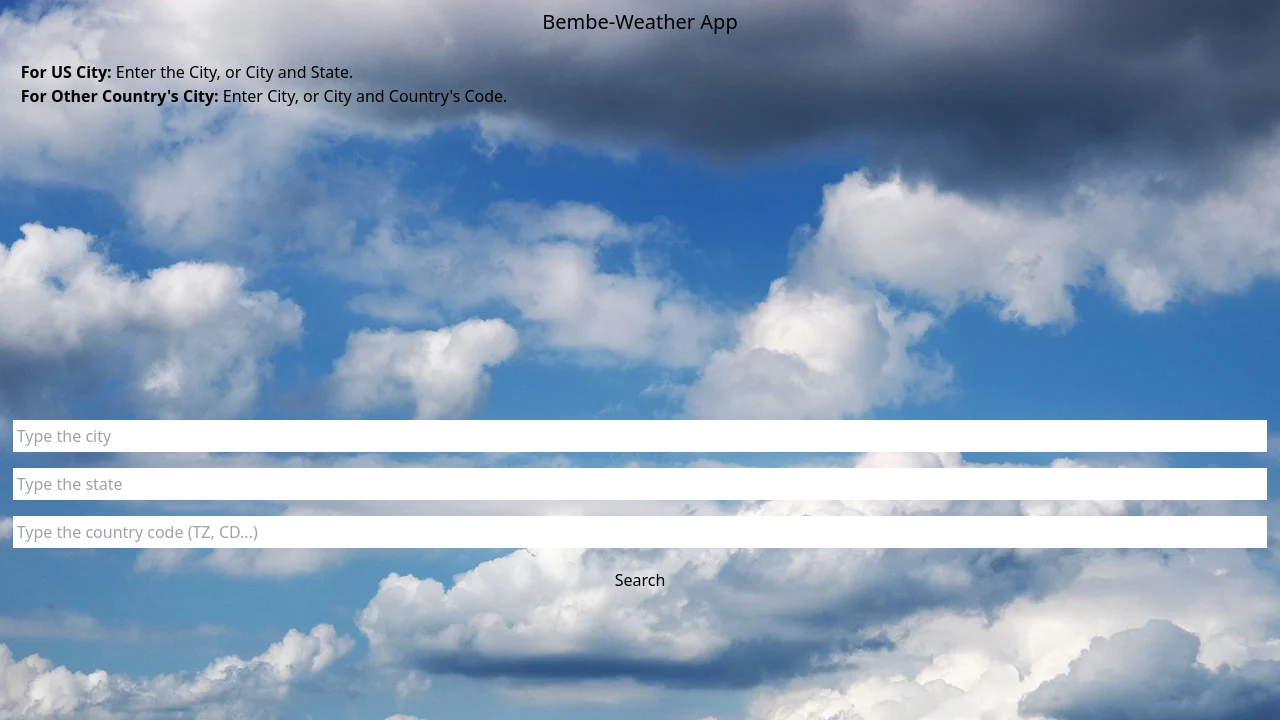
Repository: ShindanoSingi/bembe-weather
Page: /
The author's editor kept a copy of each file at every save. The page is drawn from the files as they stood at one save, then again after a run of saves.
The browser window is 1280 px wide. The pictures show the whole page.
The page's requests for data from a server got no answer. The project was rebuilt for these pictures with package versions that can differ from the ones it lists, and the page was loaded fresh each time. No one was signed in, and anything a server would have sent is missing.

Above is the page before, as saved 2022-09-14 23:36:43.

### public/index.html
<!DOCTYPE html>
<html lang="en">

<head>
  <meta charset="utf-8" />
  <link rel="icon" href="%PUBLIC_URL%/favicon.ico" />
  <meta name="viewport" content="width=device-width, initial-scale=1" />
  <meta name="theme-color" content="#000000" />
  <meta name="description" content="Web site created using create-react-app" />
  <link rel="apple-touch-icon" href="%PUBLIC_URL%/logo192.png" />
  <!--
      manifest.json provides metadata used when your web app is installed on a
      user's mobile device or desktop. See https://developers.google.com/web/fundamentals/web-app-manifest/
    -->
  <link rel="manifest" href="%PUBLIC_URL%/manifest.json" />
  <!--
      Notice the use of %PUBLIC_URL% in the tags above.
      It will be replaced with the URL of the `public` folder during the build.
      Only files inside the `public` folder can be referenced from the HTML.

      Unlike "/favicon.ico" or "favicon.ico", "%PUBLIC_URL%/favicon.ico" will
      work correctly both with client-side routing and a non-root public URL.
      Learn how to configure a non-root public URL by running `npm run build`.
    -->
  <title>React Weather</title>
</head>

<body>
  <noscript>You need to enable JavaScript to run this app.</noscript>
  <div id="root"></div>
  <!--
      This HTML file is a template.
      If you open it directly in the browser, you will see an empty page.

      You can add webfonts, meta tags, or analytics to this file.
      The build step will place the bundled scripts into the <body> tag.

      To begin the development, run `npm start` or `yarn start`.
      To create a production bundle, use `npm run build` or `yarn build`.
    -->
</body>

</html>

### src/App.js
import React, { useState, useEffect } from "react"
import "./App.css"
import WeatherPage from "./components/weatherPage"
import SearchForm from "./components/SearchForm"

function App() {
  // Initialize variables using "useSates"
  const [weatherData, setWeatherData] = useState([])

  const [city, setCity] = useState("")
  const [state, setState] = useState("")
  const [country, setCountry] = useState("")

  // These hold values a little bit longer
  const [cityDisplayed, setCityDisplayed] = useState("")
  const [stateDisplayed, setStateDisplayed] = useState("")
  const [countryDisplayed, setCountryDisplayed] = useState("")

  // Create an object that will hold keys to be used in the fetch fnctions.
  const searchLatLon = {
    key: process.env.REACT_APP_GIPHY_KEY,
    cityName: city,
    stateCode: "",
    country: "",
    limit: 1,
    api: "https://api.openweathermap.org/geo/1.0/direct?q=",
  }

  let searchOptions = {
    key: process.env.REACT_APP_GIPHY_KEY,
    api: "https://api.openweathermap.org/data/2.5/onecall?",
  }

  // Create handleChange function to capture input value for city from the form.
  function handleChangeCity(event) {
    setCity(event.target.value)
  }

  // Create handleChange function to capture input value for city from the form.
  function handleChangeState(event) {
    setState(event.target.value)
  }

  // Create handleChange function to capture input value for country from the form.
  function handleChangeCountry(event) {
    setCountry(event.target.value)
  }

  // Create a handleSubmit function to send the input value to the getLatLon function.
  function handleSubmit(event) {
    event.preventDefault()
    getLatLon(city, state, country)
    setCity("")
    setState("")
    setCountry("")
  }

  // useEffect function
  useEffect(() => {
    getLatLon()
    setCity("")
    setState("")
    setCountry("")
    // eslint-disable-next-line
  }, [])

  // This function below takes two parameters: city and country's code, and spits latitude and longitude out. Then, the next fetch takes the lat and lon, and spits eather data for eight days.

  function getLatLon(city, state, country) {
    fetch(
      `${searchLatLon.api}${city},${state},${country}&limit=${searchLatLon.limit}&appid=${searchLatLon.key}`
    )
      .then((result) => result.json())
      .then((data) => {
        // console.log(data[0])
        if (data[0]) {
          fetch(
            `${searchOptions.api}lat=${data[0].lat}&lon=${data[0].lon}&exclude=minutely,hourly&appid=${searchOptions.key}&units=imperial`
          )
            .then((result) => result.json())
            .then((result) => {
              setCityDisplayed(data[0].name)
              setStateDisplayed(data[0].state)
              setCountryDisplayed(data[0].country)
              setWeatherData(result)
            })
        }
      })
  }

  return (

    <div className="bg-[url('../src/images/sky.webp')] h-screen">
      {/* Weather data */}
      <WeatherPage
        weatherData={weatherData}
        city={cityDisplayed}
        state={stateDisplayed}
        country={countryDisplayed}
      />

      {/* Search form */}
      <SearchForm
        city={city}
        state={state}
        country={country}
        handleChangeCity={handleChangeCity}
        handleChangeState={handleChangeState}
        handleChangeCountry={handleChangeCountry}
        handleSubmit={handleSubmit}
      />
    </div>
  )
}

export default App

### src/App.css

/* iPhone 8 and smaller */
@media screen and (max-width: 480px) {
  /* Bembe-weather App */
  h1 {
    color: aliceblue;
    background-image: linear-gradient(rgb(55, 131, 143), rgb(5, 88, 126));
  }

  /* Div container for the single page weather day*/
  div.singleDay {
    /* font-size: 1vw; */
    border-top: 1px solid green;
    background-color: rgb(191, 191, 191);
  }

  /* This is for today's box */
  .today1 {
    /* font-size: 14px; */
    border: 1px solid rgb(91, 158, 158);
    border-radius: 5px;
    background-image: linear-gradient(
      to bottom right,
      rgb(163, 131, 131),
      rgb(181, 181, 155)
    );
  }


  /* Indivdual temp */
  .maxTemp1 {
    color: black;
  }

  /* Indivdual temp */
  .minTemp1 {
    color: grey;
  }

  /* Tomorrow */
  .today2 {
    border: 1px solid rgb(91, 158, 158);
    border-radius: 5px;
    background-image: linear-gradient(
      to bottom right,
      rgb(97, 179, 171),
      rgb(181, 181, 155)
    );
  }

  /* The day after tomorrow */
  .today3 {
    border: 1px solid rgb(91, 158, 158);
    border-radius: 5px;
    background-image: linear-gradient(
      to bottom right,
      rgb(97, 179, 171),
      rgb(181, 181, 155)
    );
  }

  /* The following day */
  .today4 {
    border: 1px solid rgb(91, 158, 158);
    border-radius: 5px;
    background-image: linear-gradient(
      to bottom right,
      rgb(97, 179, 171),
      rgb(181, 181, 155)
    );
  }

  /* The last day */
  .today5 {
    border: 1px solid rgb(91, 158, 158);
    border-radius: 5px;
    background-image: linear-gradient(
      to bottom right,
      rgb(97, 179, 171),
      rgb(181, 181, 155)
    );
  }

  /* Indivdual temp */
  .maxTemp {
    color: black;
  }

  /* Indivdual temp */
  .minTemp {
    color: grey;
  }

  /* The state's name */
  .city {
    display: grey;
    /* justify-content: center; */
  }

  /* Div containing everything in the body */
  .weatherContainer {
    border: 1px solid rgb(91, 158, 158);
    background-color: rgba(14, 73, 112, 0.297);
  }

  /* City input box */
  .cityInput {
    border: 2px solid rgb(68, 65, 65);
  }

  /* Country input box */
  .countryInput {
    border: 2px solid rgb(68, 65, 65);
  }

  /* Submit button */
  .submitButton {
    color: rgb(244, 238, 238);
    background-color: rgb(68, 65, 65);
  }

  .message {
    background-color: rgb(68, 125, 152);
    border: 2px solid rgb(68, 65, 65);
  }
}


/* iPhone 8 and smaller */
@media screen and (max-width: 428px) {
  h1 {
    color: aliceblue;
    background-image: linear-gradient(rgb(55, 131, 143), rgb(5, 88, 126));
  }

  /* This is for today's box */
  .today1 {
    border: 1px solid rgb(91, 158, 158);
    border-radius: 5px;
    background-image: linear-gradient(
      to bottom right,
      rgb(163, 131, 131),
      rgb(181, 181, 155)
    );
  }

  /* Indivdual temp */
  .maxTemp1 {
    color: black;
  }

  /* Indivdual temp */
  .minTemp1 {
    color: grey;
  }

  /* Tomorrow */
  .today2 {
    border: 1px solid rgb(91, 158, 158);
    border-radius: 5px;
    background-image: linear-gradient(
      to bottom right,
      rgb(97, 179, 171),
      rgb(181, 181, 155)
    );
  }

  /* The day after tomorrow */
  .today3 {
    border: 1px solid rgb(91, 158, 158);
    border-radius: 5px;
    background-image: linear-gradient(
      to bottom right,
      rgb(97, 179, 171),
      rgb(181, 181, 155)
    );
  }

  /* The following day */
  .today4 {
    border: 1px solid rgb(91, 158, 158);
    border-radius: 5px;
    background-image: linear-gradient(
      to bottom right,
      rgb(97, 179, 171),
      rgb(181, 181, 155)
    );
  }

  /* The last day */
  .today5 {
    border: 1px solid rgb(91, 158, 158);
    border-radius: 5px;
    background-image: linear-gradient(
      to bottom right,
      rgb(97, 179, 171),
      rgb(181, 181, 155)
    );
  }

  /* Indivdual temp */
  .maxTemp {
    color: black;
  }

  /* Indivdual temp */
  .minTemp {
    color: grey;
  }

  /* The state's name */
  .city {
    display: grey;
  }

  /* Div containing everything in the body */
  .weatherContainer {
    border: 1px solid rgb(91, 158, 158);
    border-radius: 5px;
    background-color: rgba(14, 73, 112, 0.297);
  }

  /* City input box */
  .cityInput {
    border: 2px solid rgb(68, 65, 65);
  }

  /* Country input box */
  .countryInput {
    border: 2px solid rgb(68, 65, 65);
  }

  /* Submit button */
  .submitButton {
    color: rgb(244, 238, 238);
    background-color: rgb(68, 65, 65);
  }

  .message {
    background-color: rgb(68, 125, 152);
    border: 2px solid rgb(68, 65, 65);
  }
}


/* iPhone 8 and smaller */
@media screen and (max-width: 414px) {
  h1 {
    color: aliceblue;
    padding: 5px;
    background-image: linear-gradient(rgb(55, 131, 143), rgb(5, 88, 126));
  }

  /* Div container for the single page weather day*/
  div.singleDay {
    border-top: 1px solid green;
    background-color: rgb(191, 191, 191);
  }

  .cityStateCountry {
    padding: 0.5rem;
    background-image: linear-gradient(rgb(55, 131, 143), rgb(5, 88, 126));
  }

  /* This is for today's box */
  .today1 {
    /* font-size: 14px; */
    border: 1px solid rgb(91, 158, 158);
    border-radius: 5px;
    background-image: linear-gradient(
      to bottom right,
      rgb(163, 131, 131),
      rgb(181, 181, 155)
    );
  }


  /* Indivdual temp */
  .maxTemp1 {
    color: black;
  }

  /* Indivdual temp */
  .minTemp1 {
    color: grey;
  }

  /* Tomorrow */
  .today2 {
    border: 1px solid rgb(91, 158, 158);
    border-radius: 5px;
    background-image: linear-gradient(
      to bottom right,
      rgb(97, 179, 171),
      rgb(181, 181, 155)
    );
  }

  /* The day after tomorrow */
  .today3 {
    border: 1px solid rgb(91, 158, 158);
    border-radius: 5px;
    background-image: linear-gradient(
      to bottom right,
      rgb(97, 179, 171),
      rgb(181, 181, 155)
    );
  }

  /* The following day */
  .today4 {
    border: 1px solid rgb(91, 158, 158);
    border-radius: 5px;
    background-image: linear-gradient(
      to bottom right,
      rgb(97, 179, 171),
      rgb(181, 181, 155)
    );
  }

  /* The last day */
  .today5 {
    border: 1px solid rgb(91, 158, 158);
    border-radius: 5px;
    background-image: linear-gradient(
      to bottom right,
      rgb(97, 179, 171),
      rgb(181, 181, 155)
    );
  }

  /* Indivdual temp */
  .maxTemp {
    color: black;
  }

  /* Indivdual temp */
  .minTemp {
    color: grey;
  }

  /* The state's name */
  .city {
    display: grey;
  }

  /* Div containing everything in the body */
  .weatherContainer {
    border: 1px solid rgb(91, 158, 158);
    border-radius: 5px;
    background-color: rgba(14, 73, 112, 0.297);
  }

  /* City input box */
  .cityInput {
    border: 2px solid rgb(68, 65, 65);
  }

  /* Country input box */
  .countryInput {
    border: 2px solid rgb(68, 65, 65);
  }

  /* Submit button */
  .submitButton {
    color: rgb(244, 238, 238);
    background-color: rgb(68, 65, 65);
  }

  .message {
    background-color: rgb(68, 125, 152);
    border: 2px solid rgb(68, 65, 65);
  }
}

/* iPhone 8 and smaller */
@media screen and (max-width: 390px) {
  h1 {
    color: aliceblue;
    background-image: linear-gradient(rgb(55, 131, 143), rgb(5, 88, 126));
  }

  /* Div container for the single page weather day*/
  div.singleDay {
    border-top: 1px solid green;
    background-color: rgb(191, 191, 191);
  }

  .cityStateCountry {
    background-image: linear-gradient(rgb(55, 131, 143), rgb(5, 88, 126));
  }

  /* This is for today's box */
  .today1 {
    border: 1px solid rgb(91, 158, 158);
    border-radius: 5px;
    background-image: linear-gradient(
      to bottom right,
      rgb(163, 131, 131),
      rgb(181, 181, 155)
    );
  }

  /* Indivdual temp */
  .maxTemp1 {
    color: black;
  }

  /* Indivdual temp */
  .minTemp1 {
    color: grey;
  }

  /* Tomorrow */
  .today2 {
    border: 1px solid rgb(91, 158, 158);
    border-radius: 5px;
    background-image: linear-gradient(
      to bottom right,
      rgb(97, 179, 171),
      rgb(181, 181, 155)
    );
  }

  /* The day after tomorrow */
  .today3 {
    border: 1px solid rgb(91, 158, 158);
    border-radius: 5px;
    background-image: linear-gradient(
      to bottom right,
      rgb(97, 179, 171),
      rgb(181, 181, 155)
    );
  }

  /* The following day */
  .today4 {
    border: 1px solid rgb(91, 158, 158);
    border-radius: 5px;
    background-image: linear-gradient(
      to bottom right,
      rgb(97, 179, 171),
      rgb(181, 181, 155)
    );
  }

  /* The last day */
  .today5 {
    border: 1px solid rgb(91, 158, 158);
    border-radius: 5px;
    background-image: linear-gradient(
      to bottom right,
      rgb(97, 179, 171),
      rgb(181, 181, 155)
    );
  }

  /* Indivdual temp */
  .maxTemp {
    color: black;
  }

  /* Indivdual temp */
  .minTemp {
    color: grey;
  }

  /* The state's name */
  .city {
    display: grey;
  }

  /* Div containing everything in the body */
  .weatherContainer {
    border: 1px solid rgb(91, 158, 158);
    background-color: rgba(14, 73, 112, 0.297);
  }

  /* City input box */
  .cityInput {
    border: 2px solid rgb(68, 65, 65);
  }

  /* Country input box */
  .countryInput {
    border: 2px solid rgb(68, 65, 65);
  }

  /* Submit button */
  .submitButton {
    color: rgb(244, 238, 238);
    background-color: rgb(68, 65, 65);
  }

  .message {
    background-color: rgb(68, 125, 152);
    border: 2px solid rgb(68, 65, 65);
  }
}

/* iPhone 8 and smaller */
@media screen and (max-width: 375px) {
  h1 {
    color: aliceblue;
    background-image: linear-gradient(rgb(55, 131, 143), rgb(5, 88, 126));
  }

  /* Div container for the single page weather day*/
  div.singleDay {
    border-top: 1px solid green;
    background-color: rgb(191, 191, 191);
  }

  .cityStateCountry {
    background-image: linear-gradient(rgb(55, 131, 143), rgb(5, 88, 126));
  }

  /* This is for today's box */
  .today1 {
    border: 1px solid rgb(91, 158, 158);
    border-radius: 5px;
    background-image: linear-gradient(
      to bottom right,
      rgb(163, 131, 131),
      rgb(181, 181, 155)
    );
  }

  /* Indivdual temp */
  .maxTemp1 {
    color: black;
  }

  /* Indivdual temp */
  .minTemp1 {
    color: grey;
  }

  /* Tomorrow */
  .today2 {
    border: 1px solid rgb(91, 158, 158);
    border-radius: 5px;
    background-image: linear-gradient(
      to bottom right,
      rgb(97, 179, 171),
      rgb(181, 181, 155)
    );
  }

  /* The day after tomorrow */
  .today3 {
    border: 1px solid rgb(91, 158, 158);
    border-radius: 5px;
    background-image: linear-gradient(
      to bottom right,
      rgb(97, 179, 171),
      rgb(181, 181, 155)
    );
  }

  /* The following day */
  .today4 {
    border: 1px solid rgb(91, 158, 158);
    border-radius: 5px;
    background-image: linear-gradient(
      to bottom right,
      rgb(97, 179, 171),
      rgb(181, 181, 155)
    );
  }

  /* The last day */
  .today5 {
    border: 1px solid rgb(91, 158, 158);
    border-radius: 5px;
    background-image: linear-gradient(
      to bottom right,
      rgb(97, 179, 171),
      rgb(181, 181, 155)
    );
  }

  /* Indivdual temp */
  .maxTemp {
    color: black;
  }

  /* Indivdual temp */
  .minTemp {
    color: grey;
  }

  /* The state's name */
  .city {
    display: grey;
  }

  /* Div containing everything in the body */
  .weatherContainer {
    border: 1px solid rgb(91, 158, 158);
    background-color: rgba(14, 73, 112, 0.297);
  }

  /* City input box */
  .cityInput {
    border: 2px solid rgb(68, 65, 65);
  }

  /* Country input box */
  .countryInput {
    border: 2px solid rgb(68, 65, 65);
  }

  /* Submit button */
  .submitButton {
    color: rgb(244, 238, 238);
    background-color: rgb(68, 65, 65);
  }

  .message {
    background-color: rgb(68, 125, 152);
    border: 2px solid rgb(68, 65, 65);
  }
}

### src/components/SearchForm.js
import React from "react";

const SearchForm = ({
  city,
  state,
  country,
  handleSubmit,
  handleChangeCity,
  handleChangeState,
  handleChangeCountry,
}) => {
  return (
    <div className="relative top-[15rem]">
      <form className="form-container" onSubmit={handleSubmit} d-flex>
        <div className="flex flex-col items-center gap-4 form-container">
          <div className="flex flex-col gap-4">
          <input
          className="p-1 w-[98vw] cityInput"
          placeholder="Type the city"
          type="text"
          name="SearchString"
          onChange={handleChangeCity}
          value={city}
          required
        />

        {/* Country input */}
        <input
          className="p-1 countryInput"
          placeholder="Type the state"
          type="text"
          name="SearchString"
          onChange={handleChangeState}
          value={state}
        />

        {/* Country input */}
        <input
          className="p-1 countryInput"
          placeholder="Type the country code (TZ, CD...)"
          type="text"
          name="SearchString"
          onChange={handleChangeCountry}
          value={country}
        />
          </div>
          <button className="w-24 p-1 submitButton" type="submit">
          Search
        </button>
        </div>
      </form>
    </div>
  );
};

export default SearchForm;

Loaded but not shown: src/index.js (common file); src/index.css (common file); tailwind.config.js (common file); src/components/weatherPage.js (269 lines, source omitted)

After the next 2 saves:
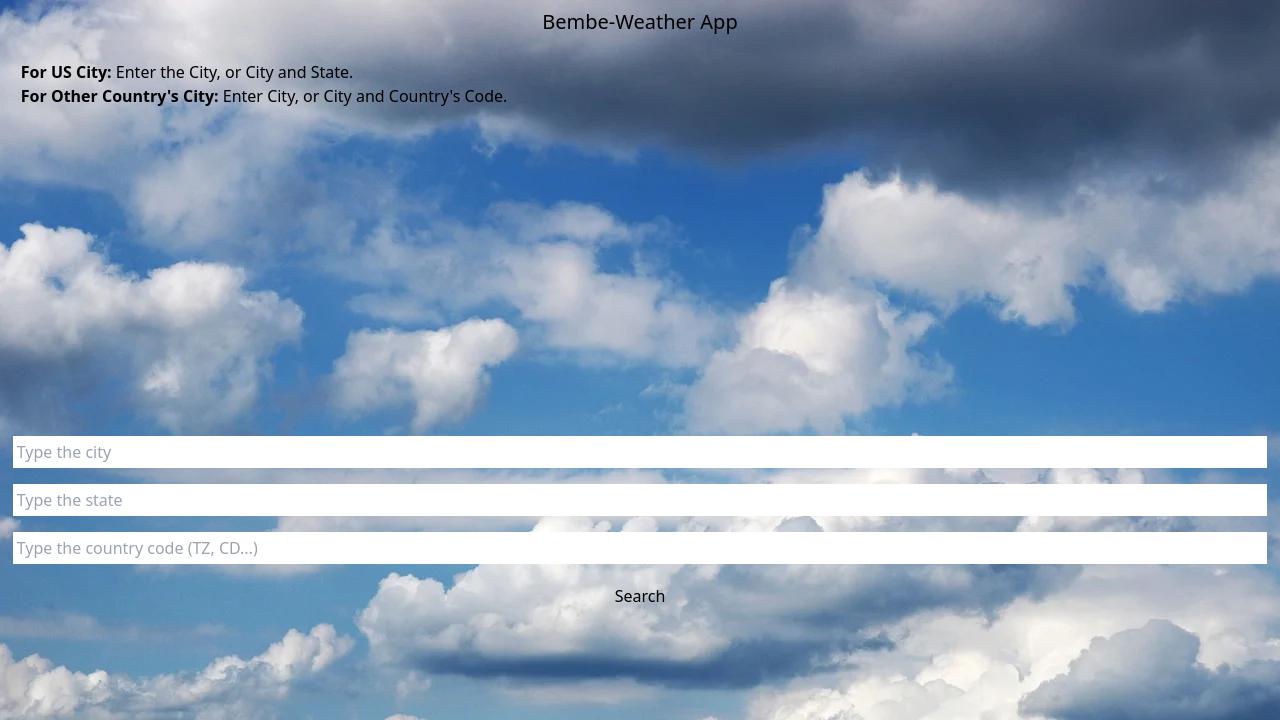
The 2 saves are shown as one change because they came seconds apart.
The last was saved 13 s later.
--- a/src/components/SearchForm.js
+++ b/src/components/SearchForm.js
@@ -10,7 +10,7 @@ const SearchForm = ({
   handleChangeCountry,
 }) => {
   return (
-    <div className="relative top-[15rem]">
+    <div className="relative top-[16rem]">
       <form className="form-container" onSubmit={handleSubmit} d-flex>
         <div className="flex flex-col items-center gap-4 form-container">
           <div className="flex flex-col gap-4">
